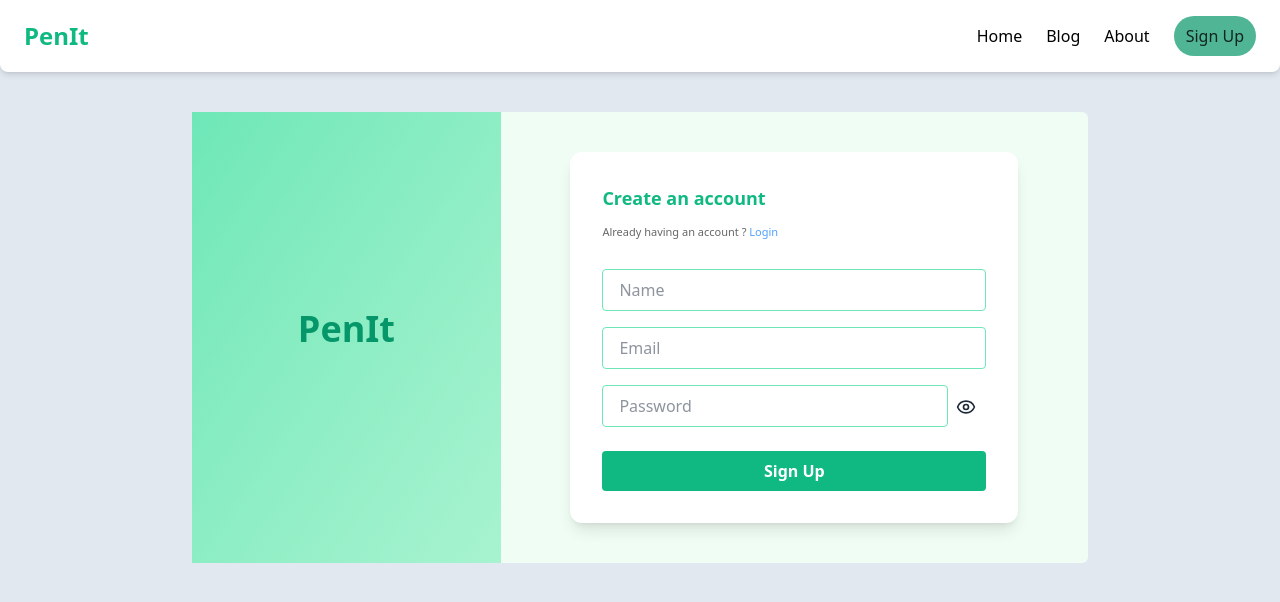
Repository: Mounika-chukkala/PenIt
Page: /signup (app in frontend/)
These files come from the project's save history. The page is drawn as it stood at one moment and after the next save; the edit follows.
The browser window is 1280 px wide. The pictures show the whole page.
The project was rebuilt for these pictures with package versions that can differ from the ones it lists, and the page was loaded fresh each time. Also part of the build but not shown: frontend/vite.config.js, frontend/src/Pages/Signin.jsx, frontend/src/components/CreateBlog.jsx, frontend/src/Pages/AddBlog.jsx.

Above is the page before, as saved 2025-05-23 14:12:08.

### frontend/src/main.jsx
import { StrictMode } from 'react'
import { createRoot } from 'react-dom/client'
import './index.css'
import { Toaster } from 'react-hot-toast'
// import {BrowserRouter} from "react-router-dom"
import { BrowserRouter } from 'react-router-dom'
import App from './App.jsx'

createRoot(document.getElementById('root')).render(
  <StrictMode>
    <BrowserRouter>
    {/* <Toaster> */}

    <App />
    {/* </Toaster> */}
    </BrowserRouter>
  </StrictMode>,
)

### frontend/src/index.css
@import "tailwindcss";




/* :root {
  font-family: system-ui, Avenir, Helvetica, Arial, sans-serif;
  line-height: 1.5;
   font-weight: 400;

  color-scheme: light dark;
  color: rgba(255, 255, 255, 0.87);
  background-color: #242424;

  font-synthesis: none;
  text-rendering: optimizeLegibility;
  -webkit-font-smoothing: antialiased;
  -moz-osx-font-smoothing: grayscale;
}

a {
  font-weight: 500;
  color: #646cff;
  text-decoration: inherit;
}
a:hover {
  color: #535bf2;
}

body {
  margin: 0;
  display: flex;
  place-items: center;
  min-width: 320px;
  min-height: 100vh;
}

h1 {
  font-size: 3.2em;
  line-height: 1.1;
}

button {
  border-radius: 8px;
  border: 1px solid transparent;
  padding: 0.6em 1.2em;
  font-size: 1em;
  font-weight: 500;
  font-family: inherit;
  background-color: #1a1a1a;
  cursor: pointer;
  transition: border-color 0.25s;
}
button:hover {
  border-color: #646cff;
}
button:focus,
button:focus-visible {
  outline: 4px auto -webkit-focus-ring-color;
}

@media (prefers-color-scheme: light) {
  :root {
    color: #213547;
    background-color: #ffffff;
  }
  a:hover {
    color: #747bff;
  }
  button {
    background-color: #f9f9f9;
  }
} */

### frontend/src/App.jsx
import { useState } from 'react'
import { Route, Routes } from 'react-router-dom'
// import './App.css'
import Signin from './Pages/Signin'
import Signup from './Pages/Signup'
import Navbar from './components/Navbar'
// import Layout from "./Pages/Layout"
import CreateBlog from './components/CreateBlog'
import AddBlog from './Pages/AddBlog'
function App() {

  return (
    <div className="bg-slate-200 w-screen h-screen ">

  <Routes>
    <Route path="/" element={<Navbar/>}>
        <Route path="/signin" element={<Signin/>}></Route>
    <Route path="/signup" element={<Signup/>}></Route>
    <Route path="/create-blog" element={<CreateBlog/>}></Route>
        <Route path="/add-blog" element={<AddBlog/>}></Route>

    {/* <Route path="/search-blog" element={}></Route> */}
    {/* <Route path="*" element={}></Route> */}
    </Route>

  </Routes>
      </div>

  )
}

export default App

### frontend/src/Pages/Signup.jsx
import { useState } from "react";
import { Eye,EyeOff } from "lucide-react";
import toast from "react-hot-toast";
import { Link } from "react-router-dom";
function Signup() {
  const [userData, setUserData] = useState({
    name: "",
    email: "",
    password: "",
  });
const [isVisible,setVisible]=useState(false)
  async function handleRegister() {
    console.log("hello")
    let data = await fetch("http://localhost:3000/api/v1/signup", {
      method: "POST",
      body: JSON.stringify(userData),
      headers: {
        "Content-Type": "application/json",
      },
    });

    let res = await data.json();
    console.log(res)
alert(res.message)
    if(!res.success){
        toast.error(res.message);

    }
    else{
        toast.success(res.message);
        localStorage.setItem("User",JSON.stringify(res.user));
    }
  }

  return (
        <div className="max-h-screen max-w-[70%] rounded-md m-auto mt-10 flex bg-[#F0FDF4] text-[#1E293B]">
      {/* Left side visual placeholder */}
      <div className="hidden md:flex w-1/2  flex flex-col justify-center items-center p-10 bg-gradient-to-br from-[#6EE7B7] to-[#A7F3D0]">
        <h1 className=" text-4xl font-bold text-[#059669] mb-4">PenIt</h1>
        {/* <p className="text-xl text-[#1E293B] text-center">
          Express your thoughts with style.<br /> A clean and calm blogging space.
        </p> */}
      </div>

      {/* Right side sign up form */}
      <div className=" w-full md-w-1/2 flex justify-center items-center p-10">
        <div className="bg-white p-8 rounded-xl shadow-lg w-full max-w-md">
          <h2 className="text-lg md-text-2xl font-bold mb-3 text-[#10B981]">Create an account</h2>

<p className="text-[11px] md-text-[12px] text-black/60 mb-3">Already having an account ? <Link to="/login"><span className="text-blue-400">Login</span></Link></p>
         <form className="">
          <input
            className="w-full my-4 px-4 py-2 border border-[#6EE7B7] rounded focus:outline-none focus:ring-2 focus:ring-[#10B981]"
            type="text"
            placeholder="Name"
            onChange={(e) => setUserData({ ...userData, name: e.target.value })}
          />
          <input
            className="w-full mb-4 px-4 py-2 border border-[#6EE7B7] rounded focus:outline-none focus:ring-2 focus:ring-[#10B981]"
            type="email"
            placeholder="Email"
            onChange={(e) => setUserData({ ...userData, email: e.target.value })}
          />
          {/* <input
            className="w-full mb-6 px-4 py-2 border border-[#6EE7B7] rounded focus:outline-none focus:ring-2 focus:ring-[#10B981]"
            type="password"
            placeholder="Password"
            onChange={(e) => setUserData({ ...userData, password: e.target.value })}
          /> */}

                            <div className="w-full flex gap-2">
                       <input
                        className="w-[90%] mb-6 px-4 py-2 border border-[#6EE7B7] rounded focus:outline-none focus:ring-2 focus:ring-[#10B981]"
                        type={isVisible?"text":"password" }
                        placeholder="Password"
                        onChange={(e) => setUserData({ ...userData, password: e.target.value })}
                      />
                       <div  className="pt-3" onClick={()=>setVisible(!isVisible)}>
             {isVisible ? <EyeOff size={20} /> : <Eye size={20} />}
                       </div>
                       </div>
          <button
            onClick={handleRegister}
            className="w-full bg-[#10B981] hover:bg-[#059669] text-white py-2 rounded font-semibold transition duration-200"
          >
            Sign Up
          </button>
          </form>
        </div>
      </div>
    </div>

  );
}

export default Signup;

### frontend/src/components/Navbar.jsx
import React, { useEffect, useState } from "react";
import { Link } from "react-router-dom";
import { Outlet } from "react-router-dom";
export default function Navbar() {
  const [isLogged, setLogged] = useState(false);
  const item = localStorage.getItem("User");
  useEffect(()=>{
  if (item!=null) {
    setLogged(true);
  }
},isLogged)
  return (
    <>
    <nav className="bg-white shadow-md px-6 py-4 flex justify-between items-center rounded-b-lg">
      <h1 className="text-2xl font-bold text-[#10B981]">PenIt</h1>
      <ul className="flex space-x-6 font-medium">
        <li className="hover:text-[#059669] pt-2 cursor-pointer">Home</li>
        <li className="hover:text-[#059669] pt-2 cursor-pointer">Blog</li>
        <li className="hover:text-[#059669] pt-2 cursor-pointer">About</li>
        <Link to="/signup">
        <li className="bg-[#059669]/70 rounded-3xl px-3 py-2 text-black/80 transform hover:scale-120 transition duration-300 ease-in-out  hover:text-white cursor-pointer">
{/* {isLogged?"Log out":"Sign up"} */}
    Sign Up
          </li>
        </Link>
      </ul>
    </nav>
    <Outlet/>
        </>

  );
}

Loaded but not shown: frontend/index.html (common file)

After the next save:
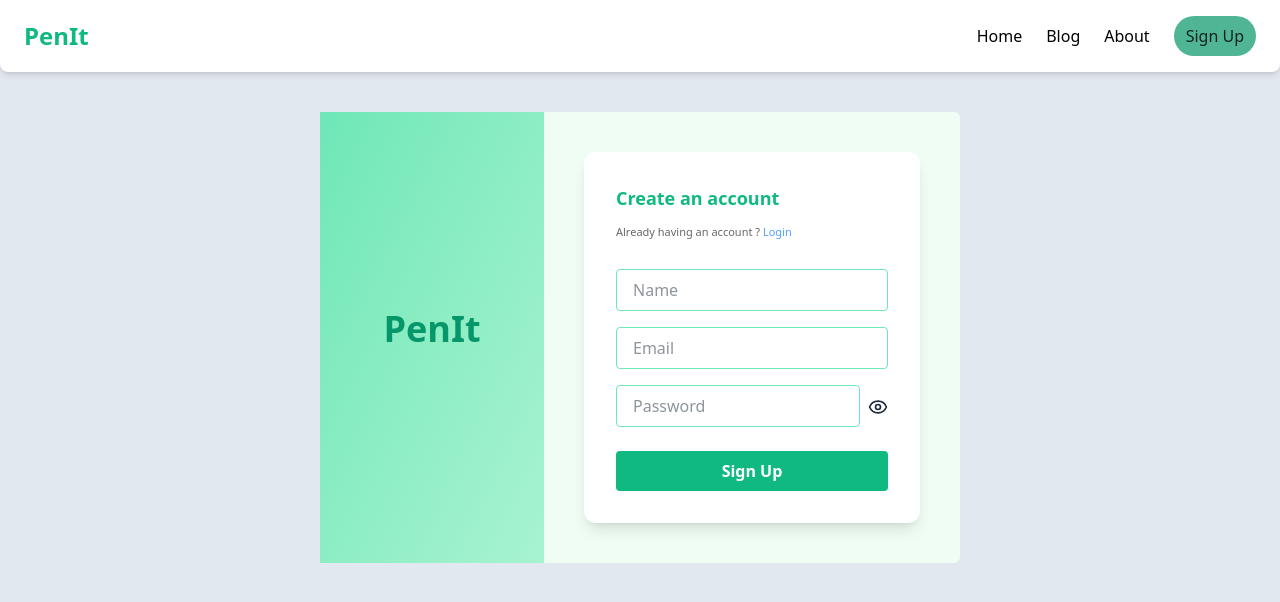
Saved 39 s later.
--- a/frontend/src/Pages/Signup.jsx
+++ b/frontend/src/Pages/Signup.jsx
@@ -33,7 +33,7 @@ alert(res.message)
   }
 
   return (
-        <div className="max-h-screen max-w-[70%] rounded-md m-auto mt-10 flex bg-[#F0FDF4] text-[#1E293B]">
+        <div className="max-h-screen max-w-[50%] rounded-md m-auto mt-10 flex bg-[#F0FDF4] text-[#1E293B]">
       {/* Left side visual placeholder */}
       <div className="hidden md:flex w-1/2  flex flex-col justify-center items-center p-10 bg-gradient-to-br from-[#6EE7B7] to-[#A7F3D0]">
         <h1 className=" text-4xl font-bold text-[#059669] mb-4">PenIt</h1>
